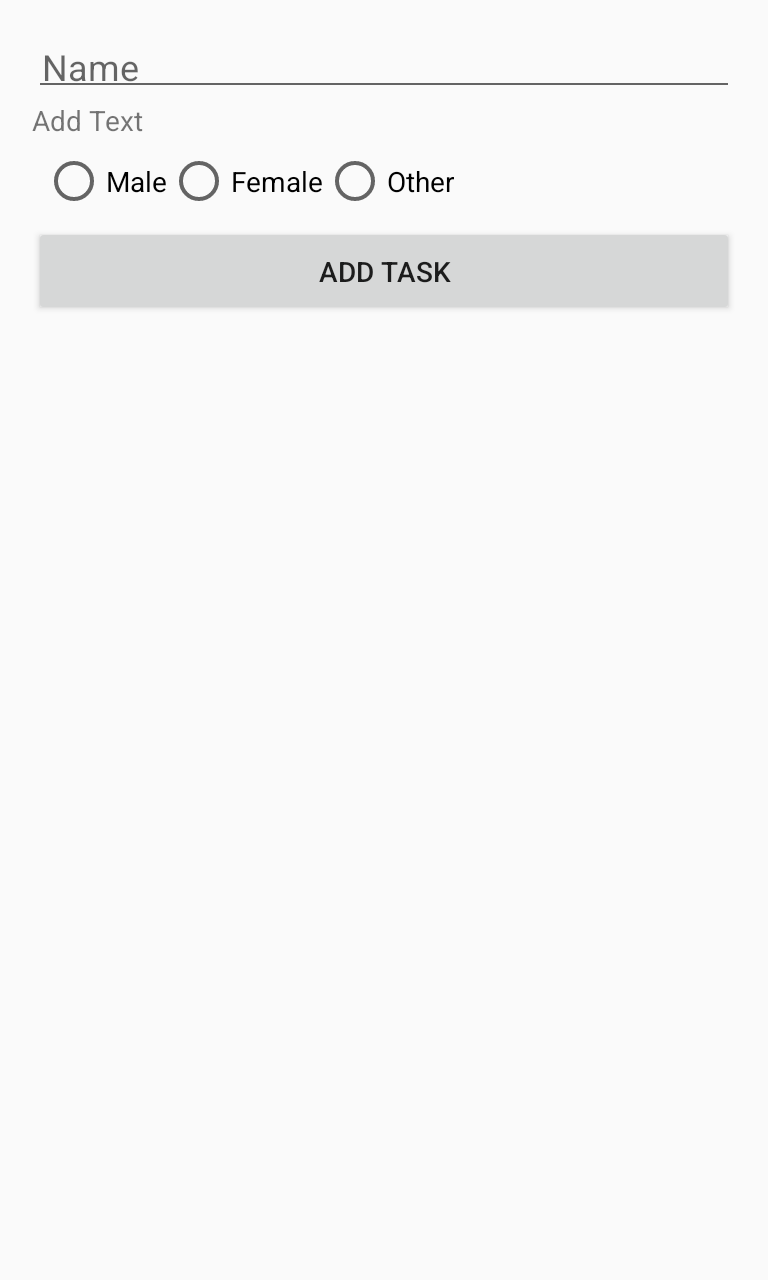
Repository: ThatCrazyIrishGuy/guiAndroidAssignment
Layout: ShoppingList/res/layout/activity_user_detail_form.xml
These files come from the project's save history. The layout is drawn as it stood at one moment and after the next save; the edit follows.
It is drawn on a 768 x 1280 px phone screen (xhdpi) without system bars, with theme AppTheme; the app's code is not run.

Above is the layout before, as saved 2014-11-08 17:27:26.

After the next save:
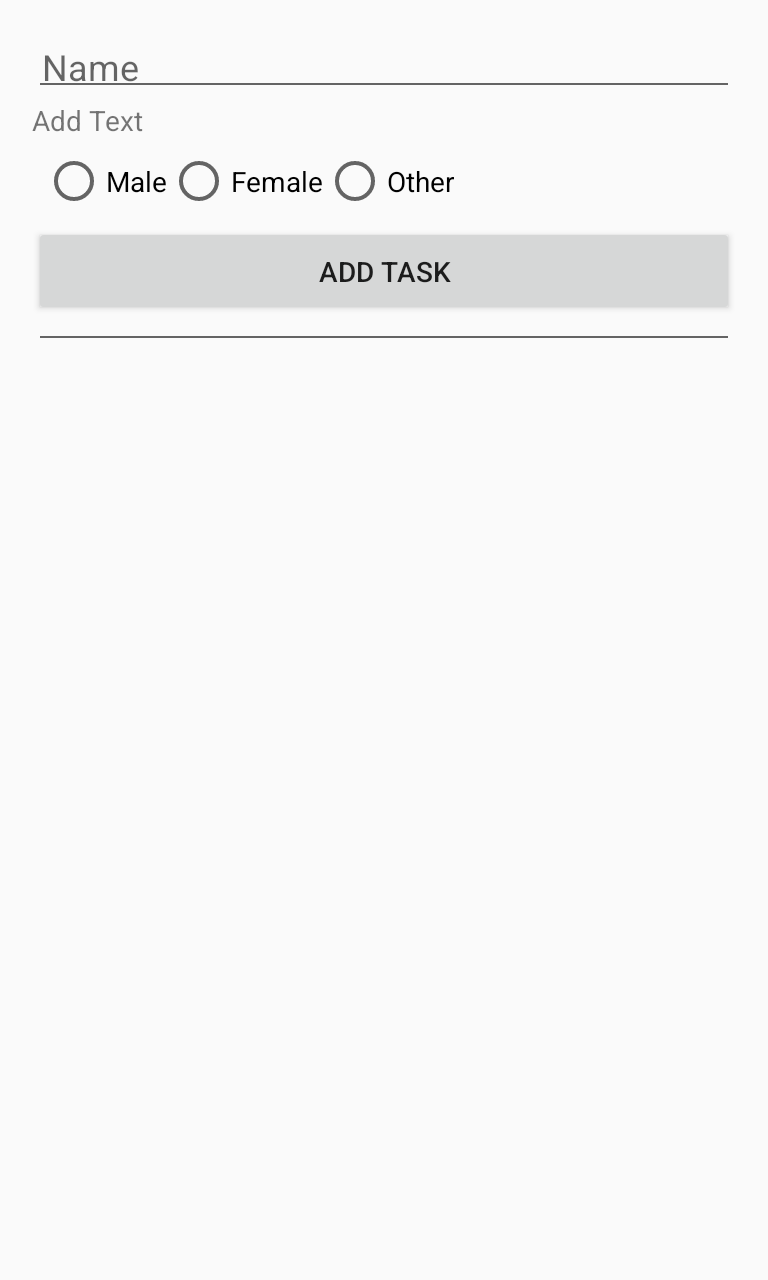
Saved 3 min 0 s later.
--- a/ShoppingList/res/layout/activity_user_detail_form.xml
+++ b/ShoppingList/res/layout/activity_user_detail_form.xml
@@ -28,7 +28,7 @@
    	    android:id="@+id/gender"
   	    android:layout_below="@+id/genderLabel"
 		android:orientation="horizontal"
-		android:layout_width="wrap_content"
+		android:layout_width="fill_parent"
 		android:layout_height="wrap_content"
 		android:padding="5dp">
 		<RadioButton
@@ -55,10 +55,18 @@
 
     <Button
         android:layout_below="@+id/gender"
-        android:id="@+id/button1"
+        android:id="@+id/submit"
         android:layout_width="fill_parent"
         android:layout_height="wrap_content"
         android:text ="Add Task"
     />
 
+    <EditText
+        android:id="@+id/age"
+        android:layout_below="@+id/job"
+        android:layout_width="fill_parent"
+        android:layout_height="wrap_content"
+        android:inputType="number" >
+    </EditText>
+
 </RelativeLayout>
